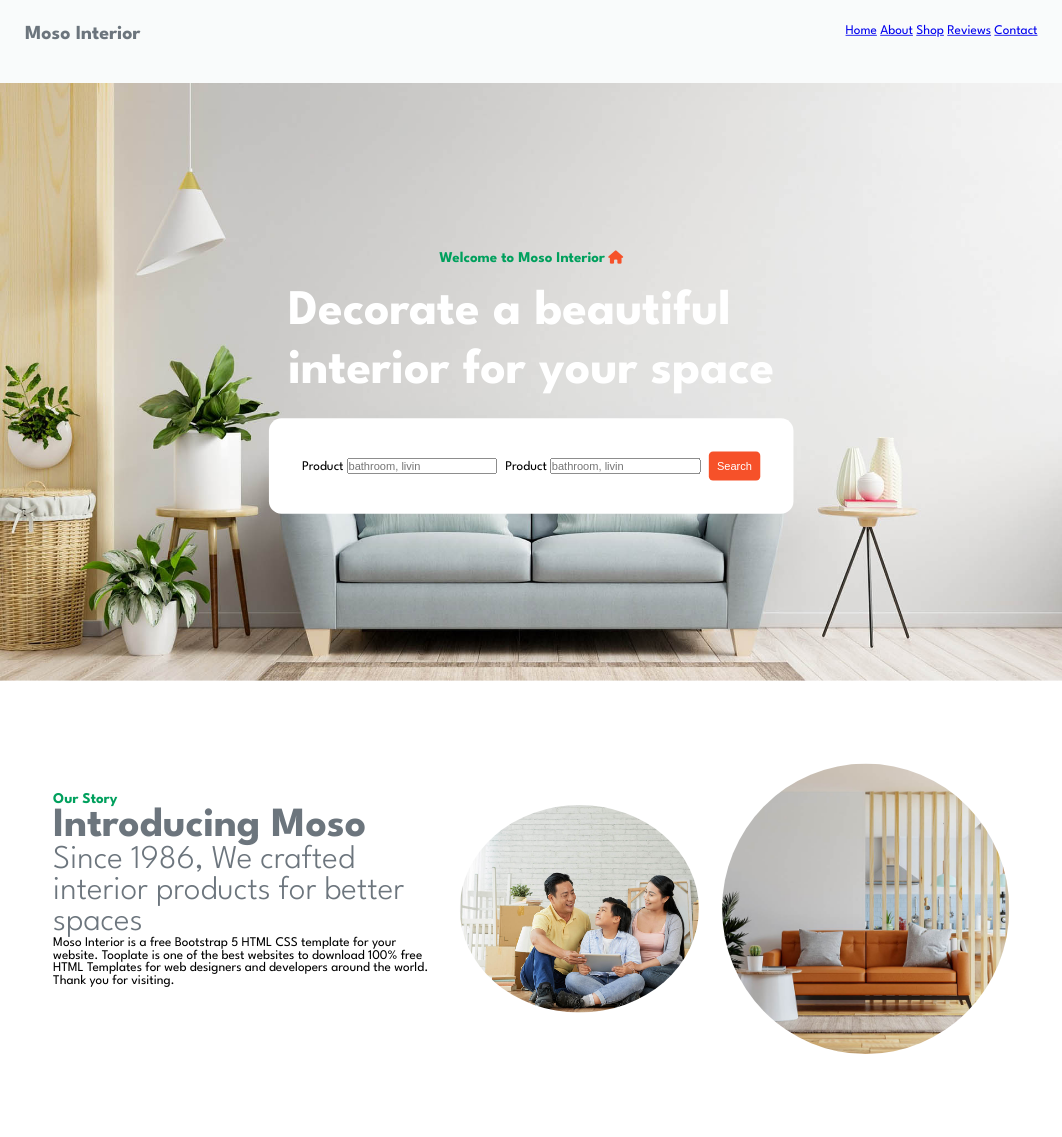
Repository: mariamnabil23/furniture
Page: index.html
These files come from the project's save history. The page is drawn as it stood at one moment and after the next save; the edit follows.
The browser window is 1280 px wide. The pictures show the whole page, at 83% of full size.
Some web fonts or font styles are not loaded; a fallback is used.

Above is the page before, as saved 2024-10-30 16:21:57.

After the next save:
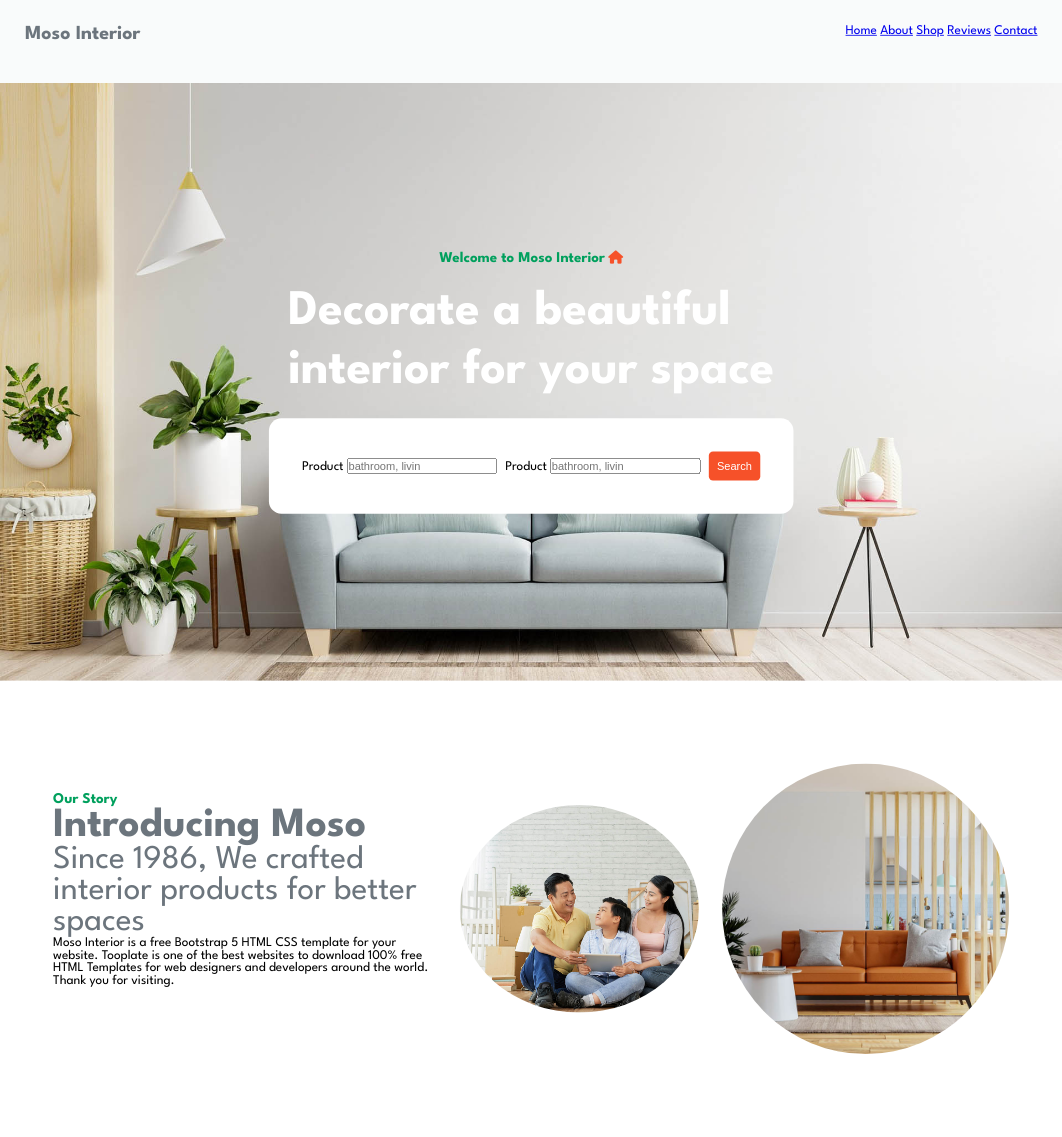
Saved 5 s later.
--- a/style.css
+++ b/style.css
@@ -136,6 +136,6 @@ ul{
 }
 .about .left h2{
     font-size: 40px;
-    font-weight: 300;
+    font-weight: 400;
 
 }
